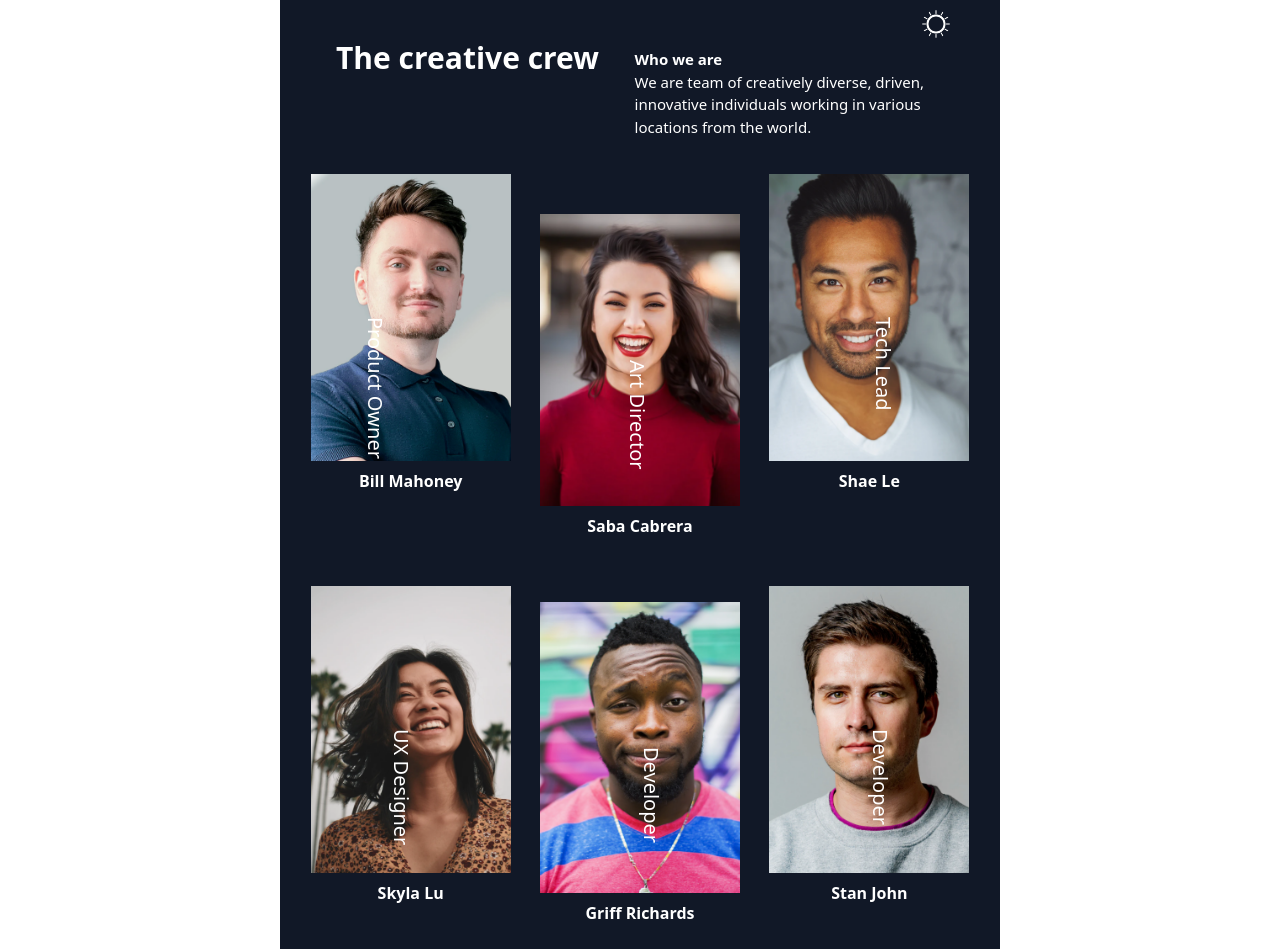
Repository: Alzate1075/Funval-G3-N2
Page: /
The author's editor kept a copy of each file at every save. The page is drawn from the files as they stood at one save, then again after the next save.
The browser window is 1280 px wide. The pictures show the whole page.
The project was rebuilt for these pictures with package versions that can differ from the ones it lists, and the page was loaded fresh each time. Also part of the build but not shown: vite.config.js.

Above is the page before, as saved 2025-07-02 23:56:13.

After the next save:
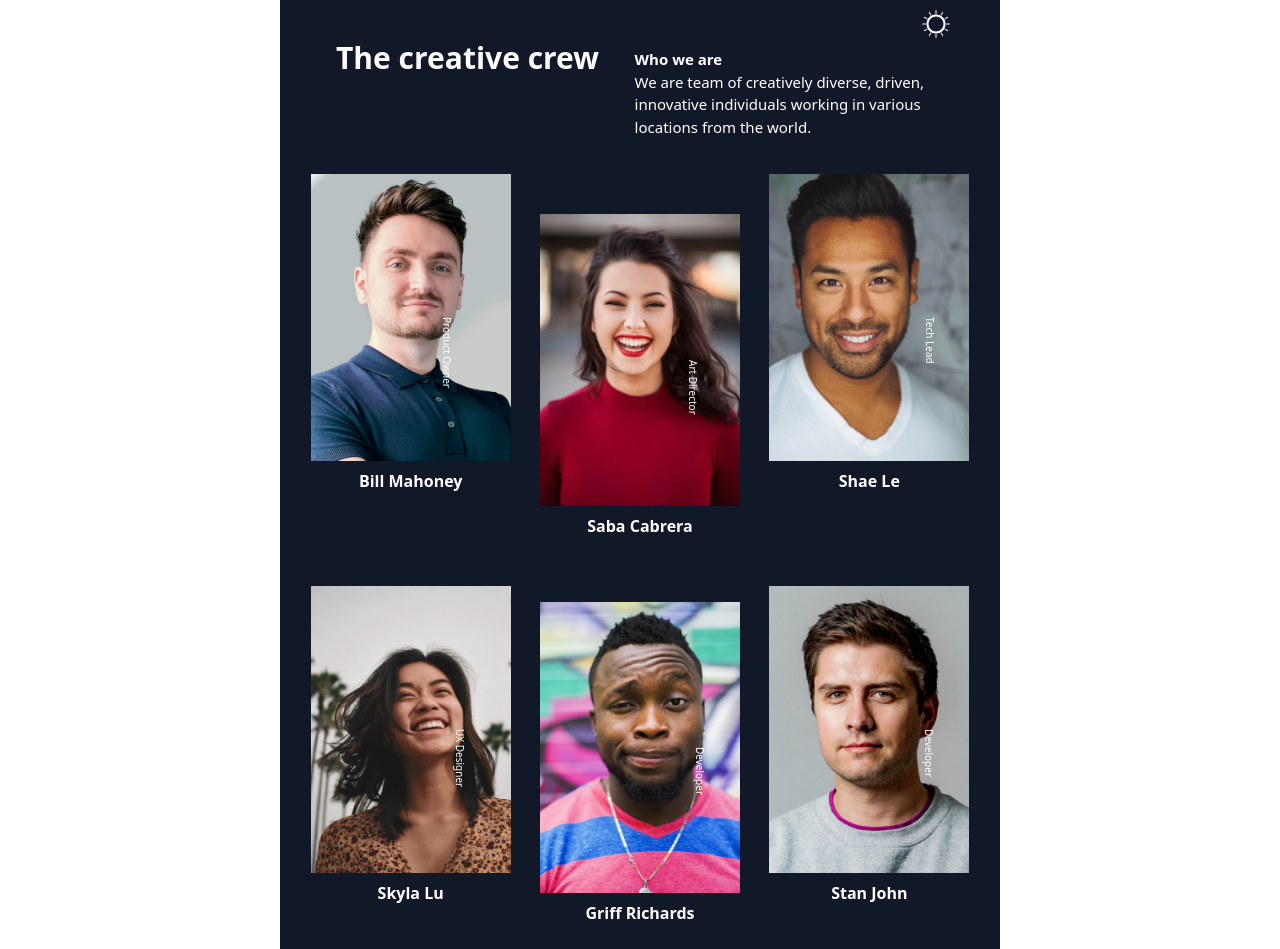
Saved 6 s later.
--- a/src/components/TeamCard.jsx
+++ b/src/components/TeamCard.jsx
@@ -4,7 +4,7 @@ export function TeamCard(props) {
     <div className={`${props.extraClass}`}>
       <div className="text-black md:text-white md:flex md:items-center md:justify-center gap-2 relative">
         <img src={props.image} alt={props.name} className="md:w-[200px] w-20" />
-        <span className="absolute right-0 top-1/2 -translate-y-1/2 rotate-90 origin-left text-[10px] md:text-xl">
+        <span className="absolute right-0 top-1/2 -translate-y-1/2 rotate-90 origin-left text-[10px] md:text-md">
           {props.role}
         </span>
       </div>
